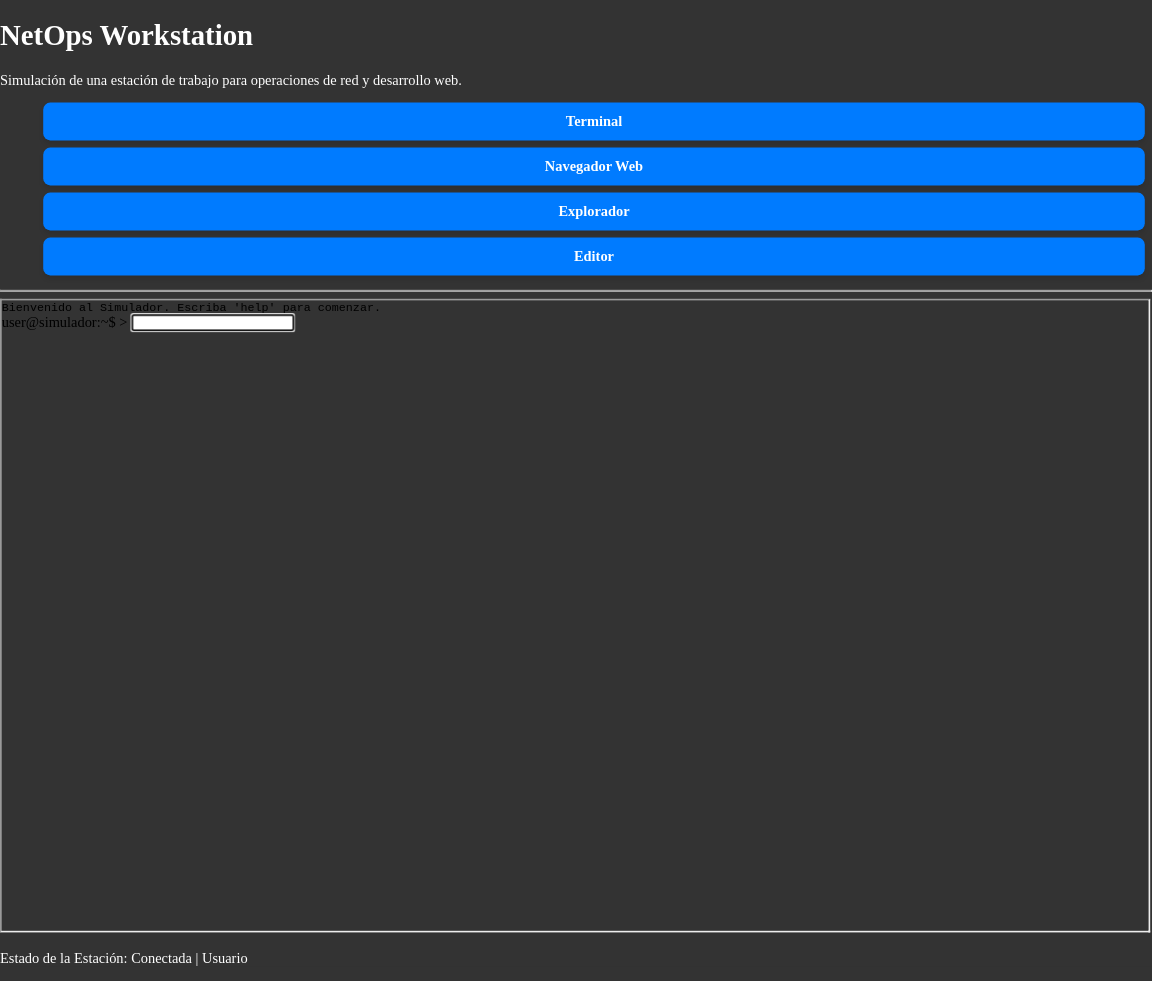
Repository: ValdezGalia/ProgramacionWebUcab
Page: lan-01.html
An editor plug-in stored every save of this project. The page is shown before and after the next save, followed by the edit.
The browser window is 1280 px wide. The pictures show the whole page, at 90% of full size.

Above is the page before, as saved 2025-11-13 16:21:11.

After the next save:
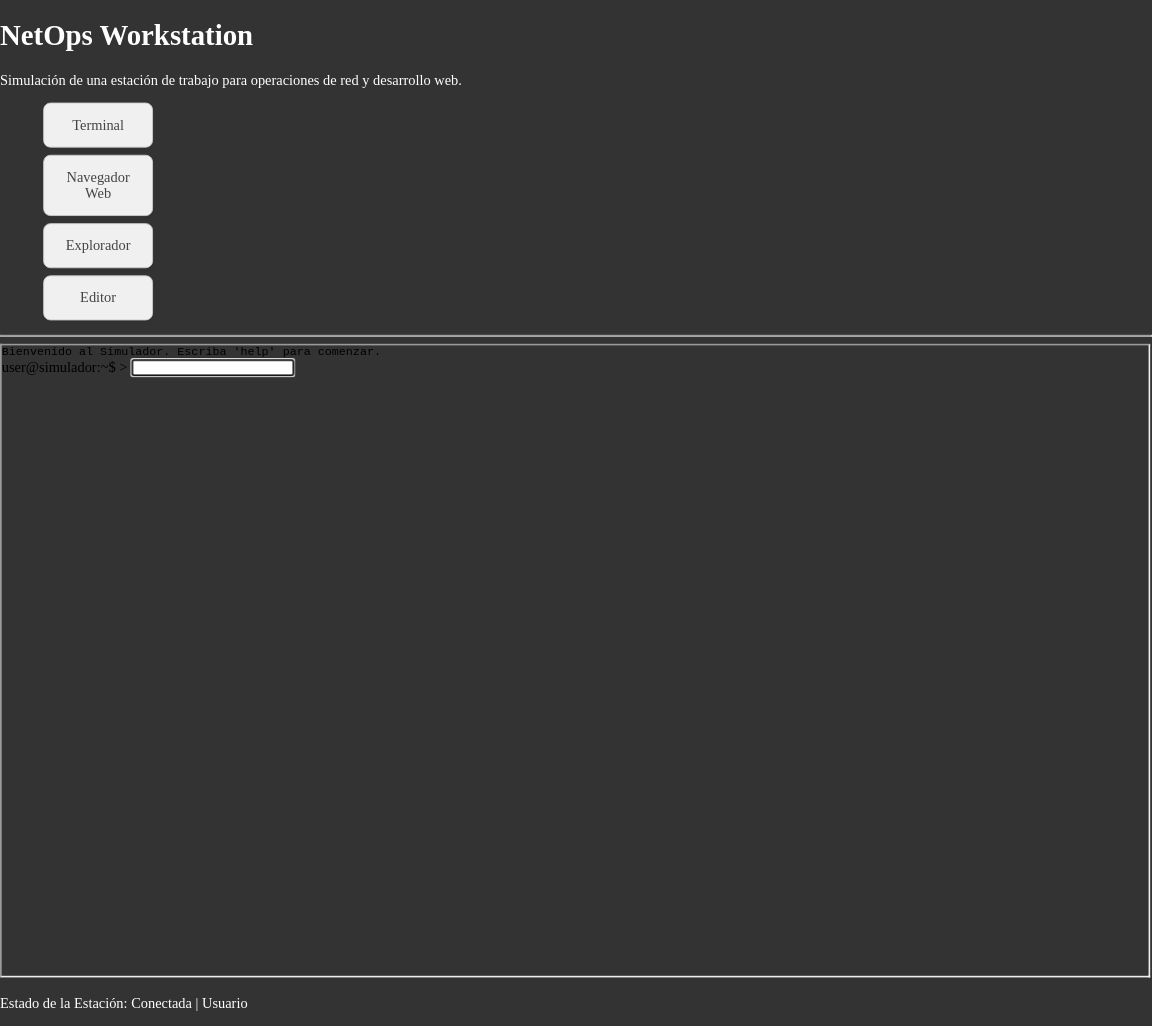
Saved 76 s later.
--- a/style/lan-01.css
+++ b/style/lan-01.css
@@ -10,23 +10,25 @@ nav ul li{
 }
 
 nav ul li a {
-    /* Mantiene tu diseño base: centrado y sin subrayado */
     display: flex;
+    /* Cambiamos a 'column' si queremos el ícono arriba y el texto abajo (como Windows) */
+    /* Si quieres el ícono a la izquierda del texto, usa 'row' (por defecto de 'flex') */
+    flex-direction: column;
     justify-content: center;
     align-items: center;
+
+    /* Estilos visuales de App */
     text-decoration: none;
-
-    /* Propiedades visuales de "App Button" */
-    color: white; /* Color del texto */
-    background-color: #007bff; /* Color de fondo principal (Azul Primario) */
-    padding: 12px 25px; /* Relleno ajustado */
-    margin: 8px; /* Margen para separarlos */
-    border: none; /* Quitamos el borde sólido inicial */
-    border-radius: 8px; /* Bordes redondeados para un look moderno */
-    box-shadow: 0 4px 6px rgba(0, 0, 0, 0.1); /* Sombra suave para darle profundidad */
-    transition: background-color 0.3s ease, transform 0.2s ease, box-shadow 0.3s ease; /* Transiciones para animaciones suaves */
-    font-weight: 600; /* Texto un poco más grueso */
-    min-width: 150px; /* Asegura un ancho mínimo para verse como botón/tarjeta */
+    color: #444444; /* Color oscuro para el texto */
+    background-color: #f0f0f0; /* Fondo gris claro */
+    padding: 15px 10px;
+    margin: 8px;
+    border: 1px solid #cccccc; /* Borde más suave */
+    border-radius: 8px;
+    box-shadow: 0 2px 4px rgba(0, 0, 0, 0.05); /* Sombra más sutil */
+    transition: all 0.2s ease;
+    width: 100px; /* Ancho fijo para que parezca un icono de escritorio */
+    text-align: center;
 }
 
 /* Estado de interacción (Hover) */
